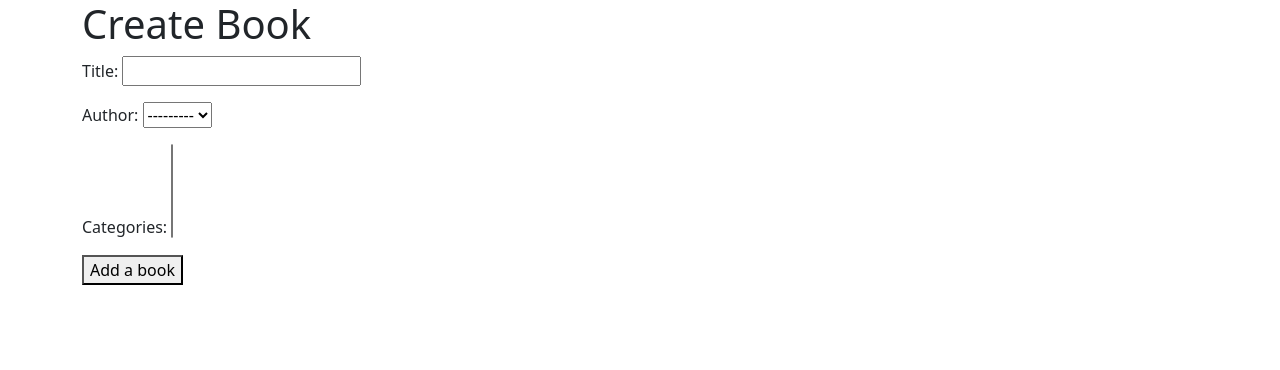
Repository: RaghdaMadiane/django
Page: http://localhost/books/create
These files come from the project's save history. The page is drawn as it stood at one moment and after the next save; the edit follows.
The browser window is 1280 px wide. The pictures show the whole page.
The page is served by the project's application, run on Django 3.2 (manage.py). Queries for data that is not in the repository find no rows.

Above is the page before, as saved 2021-04-22 14:04:21.

After the next save:
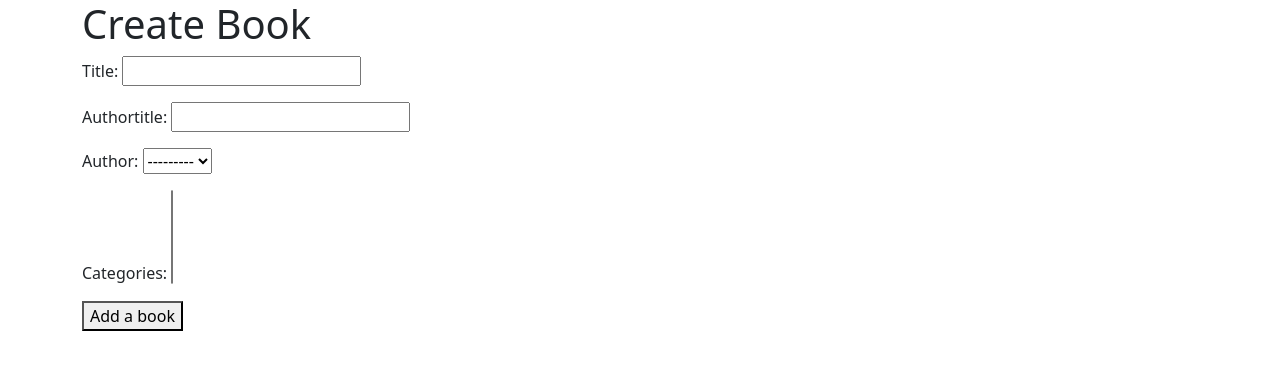
Saved 3 min 6 s later.
--- a/books/models.py
+++ b/books/models.py
@@ -20,7 +20,7 @@ class Isbn(models.Model):
 
 class Book(models.Model):
     title=models.CharField( max_length=250)
-    author=models.CharField(max_length=100)
+    authortitle=models.CharField(max_length=100)
     author=models.ForeignKey(User,null=True,on_delete=models.CASCADE,related_name="Book")
     categories=models.ManyToManyField(Category)
     # metrics=models.OneToOneField(Metric,on_delete=models.CASCADE,null=True,blank=True)
